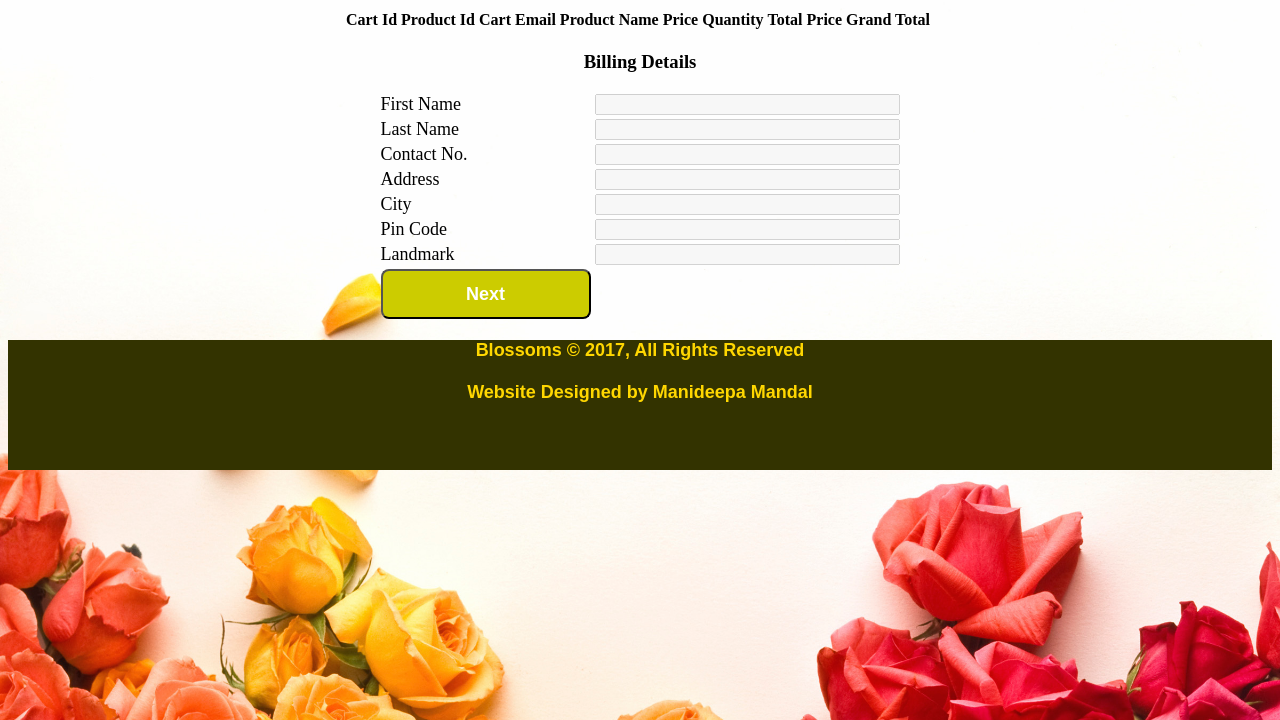
Repository: Mani02/Manideepa
Page: http://localhost/ShoppingCart/WEB-INF/view/Order.jsp
The author's editor kept a copy of each file at every save. The page is drawn from the files as they stood at one save, then again after the next save.
The browser window is 1280 px wide. The pictures show the whole page.
The page is served by Tomcat 9. Nobody is signed in. Other server files are loaded and not shown. The template is opened directly, without the code that normally fills it, so the values that code supplies are empty.

Above is the page before, as saved 2017-04-04 10:53:14.

### ShoppingCart/src/main/webapp/WEB-INF/view/Order.jsp
<%@ page language="java" contentType="text/html; charset=ISO-8859-1"
	pageEncoding="ISO-8859-1"%>
<!DOCTYPE html PUBLIC "-//W3C//DTD HTML 4.01 Transitional//EN" "http://www.w3.org/TR/html4/loose.dtd">
<%@taglib prefix="c" uri="http://java.sun.com/jsp/jstl/core"%>
<%@ taglib prefix="form" uri="http://www.springframework.org/tags/form"%>
<html>
<head>
<meta http-equiv="Content-Type" content="text/html; charset=ISO-8859-1">
<title>Order page</title>
</head>
<body
	style="background: url('${ctx}resources/images/Thanku.jpg'); background-size: cover;">
	<center>
		<table>
			<thead>
				<tr>
					<th>Cart Id</th>
					<th>Product Id</th>
					<th>Cart Email</th>
					<th>Product Name</th>
					<th>Price</th>
					<th>Quantity</th>
					<th>Total Price</th>
					<th>Grand Total</th>
					<th></th>
				</tr>
			</thead>

			<tbody>
				<c:forEach items="${allcart}" var="cart">
					<tr>
						<td>${cart.cartid}</td>
						<td>${cart.productid}</td>
						<td>${cart.cartemail}</td>
						<td>${cart.productName}</td>
						<td>${cart.price}</td>
						<td>${cart.quantity}</td>
						<td>${cart.totalprice}</td>
						<td>${cart.grandtotal}</td>
					</tr>
				</c:forEach>
			</tbody>
		</table>


	<center><h3>Billing Details</h3></center>

		<center>
			<form:form method="post" modelAttribute="u">
				<table>
					<tr>
						<td><font size="4">First Name</font></td>
						<td><input type="text" name="firstname" size="35"
							value="${u.firstname}" disabled></td>
					</tr>
					<tr>
						<td><font size="4">Last Name</font></td>
						<td><input type="text" name="lastname" size="35"
							value="${u.lastname}" disabled></td>
					</tr>
					<tr>
						<td><font size="4">Contact No.</font></td>
						<td><input type="text" name="contactNo" size="35"
							value="${u.contactNo}" disabled></td>
					</tr>
					<tr>
						<td><font size="4">Address</font></td>
						<td><input type="text" name="address" size="35"
							value="${u.address}" disabled></td>
					</tr>
					<tr>
						<td><font size="4">City</font></td>
						<td><input type="text" name="city" size="35"
							value="${u.city}" disabled></td>
					</tr>
					<tr>
						<td><font size="4">Pin Code</font></td>
						<td><input type="text" name="pincode" size="35"
							value="${u.pincode}" disabled></td>
					</tr>
					<tr>
						<td><font size="4">Landmark</font></td>
						<td><input type="text" name="landmark" size="35"
							value="${u.landmark}" disabled></td>
					</tr>
					<tr>
						<td><input type="Submit" class="button" value="Next"></td>
					</tr>
				</table>
			</form:form>
		</center>

	</center>
	<div id="footer">
		<%@include file="footer.jsp"%>
	</div>
</body>
</html>

### ShoppingCart/src/main/webapp/WEB-INF/view/footer.jsp
<%@ page language="java" contentType="text/html; charset=ISO-8859-1"
    pageEncoding="ISO-8859-1"%>
<!DOCTYPE html PUBLIC "-//W3C//DTD HTML 4.01 Transitional//EN" "http://www.w3.org/TR/html4/loose.dtd">
<html>
<head>
<meta http-equiv="Content-Type" content="text/html; charset=ISO-8859-1">
<%@taglib prefix="c" uri="http://java.sun.com/jsp/jstl/core" %>
    <c:set var="ctx" value="${pageContext.request.contextPath}"/>
<link href="${ctx}/resources/css/style.css" rel="stylesheet">

</head>
<body>
	<footer>
		<div class="footer">
			<center><font face="arial" color="gold" size="4">
			  <b><p>Blossoms © 2017, All Rights Reserved
                <br>
                <br>
                <span>Website Designed by Manideepa Mandal</span></p></b>
			  </font></center>
		</div>
	</footer>
</body>
</html>

### ShoppingCart/src/main/webapp/resources/css/style.css
@CHARSET "ISO-8859-1";

a:link {
	text-decoration: none;
}

a:hover {
	color: hotpink;
}

nav ul li a {
	background: #333300;
	display: inline-block;
	font-size: 13pt;
	color: gold;
	font-family: verdana;
}

nav ul li ul li a {
	background: #333300;
	display: inline-block;
	font-size: 13pt;
	font-color: gold;
	font-family: verdana;
}

footer {
	clear: both;
	height: 130px;
	background: #333300;
	width: 100%;
	bottom: 0px;
}



.navbar-header {
	text-shadow: 2px 2px 4px #ffffff;
}

.button {
	border-radius: 8px;
	background-color: #cccc00;
	color: white;
	font-size: 18px;
	font-weight: bold;
	width: 210px;
	height: 50px;
}

.button1 {
	border-radius: 8px;
	background-color: #ff6600;
	color: white;
	font-weight: bold;
	font-size: 18px;
	width: 210px;
	height: 50px;
}

.button2 {
	border-radius: 8px;
	background-color: #009933;
	color: gold;
	font-weight: bold;
	font-size: 18px;
	width: 120px;
	height: 30px;
}

.button3 {
	border-radius: 6px;
	background-color: #cc9900;
	color: white;
	font-weight: bold;
	font-size: 18px;
	width: 150px;
	height: 30px;
}

.prod-table {
	font-size: 20px;
	font-family: arial;
}

.main_section {
	font-size: 20px;
}

.sign_up_table {
	font-size: 20px;
}

.btn-glyphicon {
	padding: 8px;
	background: #ffffff;
	margin-right: 4px;
	font-size: 20px;
}

.success {
	font-size: 20px;
}

.danger {
	font-size: 20px;
}

.icon-btn {
	padding: 1px 15px 3px 2px;
	border-radius: 50px;
}

h2 {
	font-colour: DARKSLATEBLUE;
}

.message {
	float: left;
}

.jumbotron {
	background: #996600;
	color: #FFF;
	border-radius: 0px;
}

.jumbotron-sm {
	padding-top: 24px;
	padding-bottom: 24px;
}

.jumbotron small {
	color: #FFF;
}

.h3 {
	color: #FFF;
	font-weight: bold;
	font-size: 24px;
}

.well {
	background: #ffff99;
	font-weight: bold;
}

.address {
	font-size: 16px;
}

.glyphicon {
	font-size: 16px;
}

After the next save:
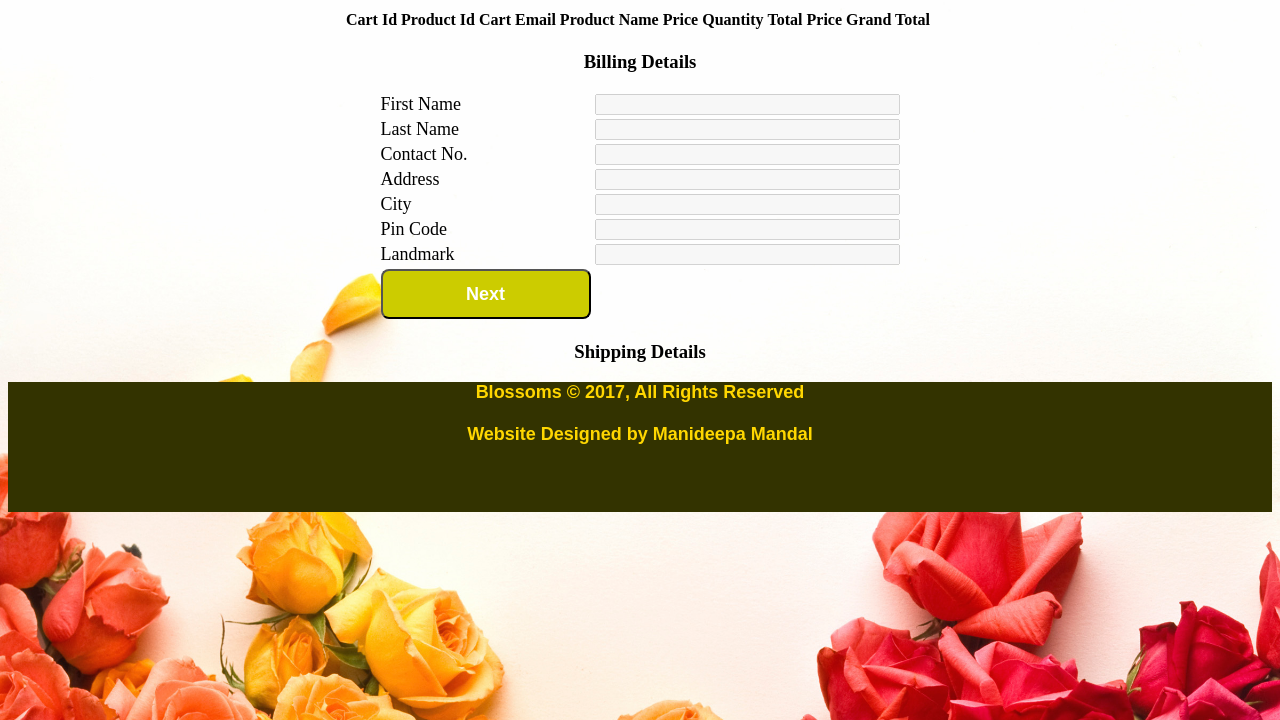
Saved 32 s later.
--- a/ShoppingCart/src/main/webapp/WEB-INF/view/Order.jsp
+++ b/ShoppingCart/src/main/webapp/WEB-INF/view/Order.jsp
@@ -90,6 +90,7 @@
 			</form:form>
 		</center>
 
+<center><h3>Shipping Details</h3></center>
 	</center>
 	<div id="footer">
 		<%@include file="footer.jsp"%>
